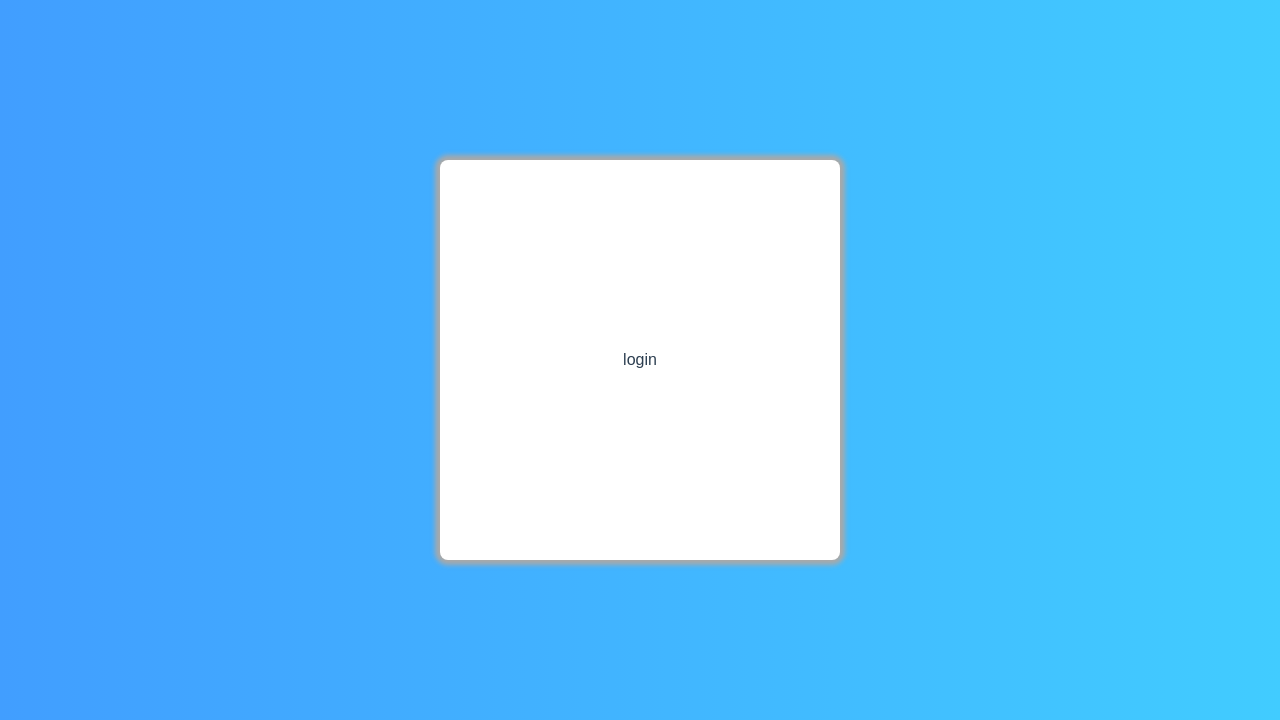
Repository: omsGroup/oms
Page: /#/systemSetting
The author's editor kept a copy of each file at every save. The page is drawn from the files as they stood at one save, then again after the next save.
The browser window is 1280 px wide. The pictures show the whole page.
The project was rebuilt for these pictures with package versions that can differ from the ones it lists, and the page was loaded fresh each time.

Above is the page before, as saved 2018-09-02 20:53:06.

### index.html
<!DOCTYPE html>
<html>
  <head>
    <meta charset="utf-8">
    <meta name="viewport" content="width=device-width,initial-scale=1.0">
    <title>oms</title>
    <script src="//at.alicdn.com/t/font_741279_u6newasw37.js"></script>
  </head>
  <body>
    <div id="app"></div>
    <!-- built files will be auto injected -->
  </body>
</html>

### src/main.js
// The Vue build version to load with the `import` command
// (runtime-only or standalone) has been set in webpack.base.conf with an alias.
import Vue from 'vue'
import App from './App'
import router from './router'
import Vuex from 'vuex'
import store from './vuex/store.js'
import './assets/common.less'
import ElementUI from 'element-ui';
import 'element-ui/lib/theme-chalk/index.css';
import * as filters from  './plugins/filters'
import * as axios from '@/axios'

Vue.prototype.$axios = axios
Object.keys(filters).forEach(key=>{
    Vue.filter(key,filters[key])
});

Vue.use(ElementUI,Vuex);
Vue.config.productionTip = false;

/* eslint-disable no-new */
new Vue({
    el: '#app',
    router,
    store,
    components: {
        App
    },
    template: '<App/>'
})

### src/router/index.js
import Vue from 'vue'
import Router from 'vue-router'
import login from '@/components/login'
import store from '../vuex/store.js'
const recover = r => require.ensure([], () => r(require('@/pages/recover/recover')), 'recover');
const layout = r => require.ensure([], () => r(require('@/components/layout')), 'layout');
const home = r => require.ensure([], () => r(require('@/pages/home/home')), 'home');
const userInfo = r => require.ensure([], () => r(require('@/pages/user/userInfo')), 'userInfo');
const userAudit = r => require.ensure([], () => r(require('@/pages/audit/userAudit')), 'userAudit');
const financeInfo = r => require.ensure([], () => r(require('@/pages/finance/financeInfo')), 'financeInfo');
const systemSetting = r => require.ensure([], () => r(require('@/pages/system/systemSetting')), 'systemSetting');
const authorityManagement = r => require.ensure([], () => r(require('@/pages/system/authorityManagement')), 'authorityManagement');


Vue.use(Router);

const Routers = new Router({
    routes: [{
        path: '/',
        name: 'login',
        component: login
    }, {
        path: '/layout',
        name: 'layout',
        component: layout,
        redirect:'/home',
        children: [{
            path: '/home',
            name: '首页',
            component: home
        }, {
            path:'/userInfo',
            name:'用户信息',
            component:userInfo
        }, {
            path:'/userAudit',
            name:'用户审核',
            component:userAudit
        }, {
            path:'/financeInfo',
            name:'财务信息',
            component:financeInfo
        }, {
            path:'/systemSetting',
            name:'系统设置',
            component:systemSetting
        },{
            path:'/authorityManagement',
            name:'权限管理',
            component:authorityManagement
        }]
    }, {
        path: '/recover',
        name: 'recover',
        component: recover
    }]
})

Routers.beforeEach((to, from, next)=>{
    let tabsData=[]
    if(to.path!=='/'){
        if(!localStorage.getItem('userInfo')){
            next('/')
            return
        }
    }
    if(localStorage.getItem('tabsData')){
        let tabsData=JSON.parse(localStorage.getItem('tabsData'))
        let findRepeat=tabsData.findIndex((value,index,tabsData)=>{
            return value.name===to.name
        })
        if(findRepeat===-1){
            tabsData.push({title:to.name,name:to.name,path:to.path})
            localStorage.setItem('tabsData',JSON.stringify(tabsData))
            store.commit('setTabs')
        }
        localStorage.setItem('currTabs', to.name)
        store.commit('setTabs')
        store.commit('setCurrTabs')
    }else{
        if(to.name!=='login'){
            tabsData.push({title:to.name,name:to.name,path:to.path})
            localStorage.setItem('tabsData', JSON.stringify(tabsData))
            localStorage.setItem('currTabs', tabsData[0].name)
            store.commit('setTabs')
            store.commit('setCurrTabs')
        }
    }
    next();
})

export default Routers

### src/vuex/store.js
import Vue from 'vue'
import Vuex from 'vuex'

Vue.use(Vuex)
const store=new Vuex.Store({
    state:{
        author:'BWW',
        tabsData:'',
        currTabs:''
    },
    mutations:{
    	saveTabs(state,msg){
    		localStorage.setItem('tabsData',JSON.stringify(msg))
    	},
    	setTabs(state){
    		state.tabsData=JSON.parse(localStorage.getItem('tabsData'))
        },
        setCurrTabs(state){
            state.currTabs = localStorage.getItem('currTabs')
        }
    },
})
export default store

### src/assets/common.less
html,body{
    height: 100%;
    width: 100%;
}
body, div, span, header, footer, nav, section, aside, article, ul, dl, dt, dd, li, a, p, h1, h2, h3, h4,h5, h6, i, b, textarea, button, input, select, figure, figcaption {
    padding: 0;
    margin: 0;
    list-style: none;
    font-style: normal;
    text-decoration: none;
    border: none;
    font-family: "Microsoft Yahei",sans-serif;
    -webkit-tap-highlight-color:transparent;
    -webkit-font-smoothing: antialiased;
    &:focus {
        outline: none;
    }
}
.flex-center-center{
    display: flex;
    align-items: center;
    justify-content: center;
}
.el-menu{
    border-right: none !important;
}
.icon {
    width: 1.2em; height: 1.2em;
    vertical-align: -0.15em;
    margin-right:5px;
    fill: currentColor;
    overflow: hidden;
}

### src/plugins/filters.js
export function sex(val){
    return val === 1?'男':'女'
}
export function accountType(val){
    return val === 0 ?'普通用户':val === 1?'管理员':'超级管理员'
}
export function timestampTransform(val){
    let date=new Date(val);
    return date.getFullYear()+'-'+checkTen(date.getMonth()+1)+'-'+checkTen(date.getDate())+' '+checkTen(date.getHours())+':'+checkTen(date.getMinutes())+':'+checkTen(date.getSeconds())
}
function checkTen(val){
    return val<10?'0'+val:val
}

### src/axios/index.js
import axios from 'axios'
import qs from 'qs'

// axios 配置
axios.defaults.timeout = 10000;
axios.defaults.headers.post['Content-Type'] = 'application/json;charset=UTF-8';
axios.defaults.baseURL = `http://${process.env.NODE_ENV}.oms-api.qiuxiaomi.cn`;
// // 或者
// switch(process.env.NODE_ENV) {
//     case 'dev':
//         axios.defaults.baseURL = 'http://dev.api.qiuxiaomi.cn';
//         break;
//     case 'production':
//         axios.defaults.baseURL = 'http://[pro].api.qiuxiaomi.cn';
//         break;
// }
// axios.defaults.baseURL = 'http://production.api.qiuxiaomi.cn/ranking/live_ranking_lis';
let instance = axios.create({
    headers:{

    },
    data:{

    },
    params:{

    }
})
//POST传参序列化
instance.interceptors.request.use((config) => {
    if(config.method  === 'post'){
        config.data = qs.stringify(config.data);
    }
    return config;
},(error) =>{
    return Promise.reject(error);
});

//返回状态判断
instance.interceptors.response.use((res) =>{
    if(res.status === 200){
        if(res.data.errorCode===1){
            return Promise.resolve(res.data)
        }else{
            this.$message.error(res.data.msg)
        }
    }else if(res.status === 500){
        this.$message.error('服务器异常')
    }
    return res;
}, (error) => {
    //404等问题可以在这里处理
    return Promise.reject(error);
});

export function fetch(url, params) {
    return new Promise((resolve, reject) => {
        axios.defaults.headers.post['Content-Type'] = 'application/json;charset=UTF-8';
        instance.post(url, params)
            .then(response => {
                resolve(response.data);
            }, err => {
                reject(err);
            })
            .catch((error) => {
                reject(error)
            })
    })
};
export function postFormat(url,params){
    return new Promise((resolve,reject)=>{
        axios.defaults.headers.post['Content-Type'] = 'application/x-www-form-urlencoded';
        instance.post(url,params)
            .then((response) => {
                resolve(response);
            }).catch((error) => {
                console.log(error,'error')
                reject(error)
            })
    })
};
export function formData(url,param={}){
    return instance.post(url,param,{
        headers: {
            'enctype': 'multipart/form-data',
            'Cache-Control': 'no-store',
            'Pragma': 'no-cache'
        },
        data: param || {},
        transformRequest:[function() {
            let fd = new FormData();
            for (let i in param) {
                if (param.hasOwnProperty(i)) {
                    fd.append(i, param[i]);
                }
            }
            return fd;
        }]
    })
}
export default {
    formData,
    fetch,
    postFormat,
    instance
}

### src/components/login.vue
<template>
    <div id="canvas"
         class="login-pages flex-center-center">
        <div class="login-box flex-center-center">
            <div class="login">login</div>
        </div>
    </div>
</template>
<script>
import echart from 'echarts'
import Vue from 'vue'
import * as THREE from 'three'
import defaultImg from '../assets/images/Generic_Celestia_asteroid_texture.jpg'

export default {
    data() {
        return {
            form: {
                username: "",
                password: "",
            },
        }
    },
    mounted() {

    },
    destory(){
        THREE.Cache.clear()
    },
    methods: {
        submitLogin() {
            localStorage.clear();
            this.$refs.form.validate((valid) => {
                if (valid) {
                    this.$axios.postFormat('/v1/login',this.form).then((res)=>{
                        localStorage.setItem('userInfo',JSON.stringify(res.data))
                        this.$message.success("登录成功");
                        this.$router.replace('/layout');
                    }).catch((error)=>{
                        this.$message.error('登录失败')
                    })
                }
            })
        },
    }
}

</script>
<style lang="less">
    .login-pages {
        width: 100%;
        height: 100%;
        background: linear-gradient(90deg,#419eff,#41ccff);
        .login-box{
            width: 400px;
            height:400px;
            // border:1px solid #999;
            border-radius:8px;
            box-shadow: darkgrey 0px 0px 5px 5px;
            background:#fff;
        }
    }

</style>

Loaded but not shown: src/App.vue (common file)

After the next save:
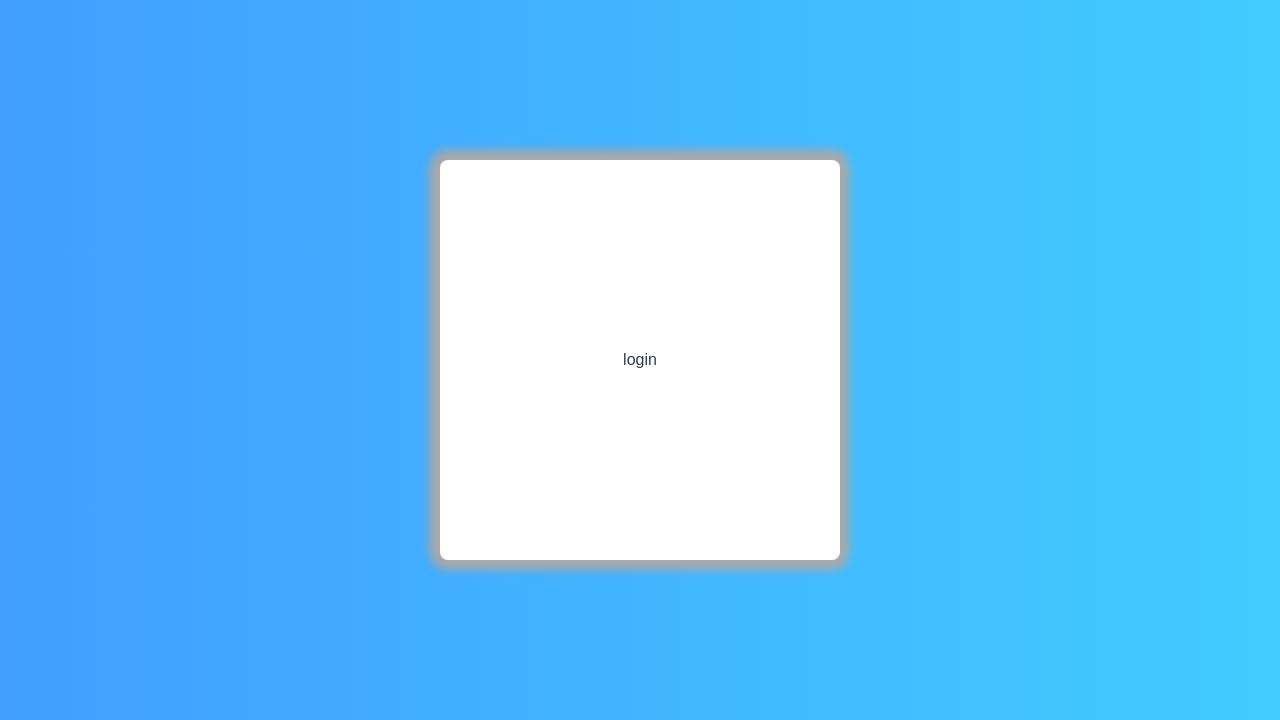
Saved 115 s later.
--- a/src/components/login.vue
+++ b/src/components/login.vue
@@ -56,7 +56,7 @@ export default {
             height:400px;
             // border:1px solid #999;
             border-radius:8px;
-            box-shadow: darkgrey 0px 0px 5px 5px;
+            box-shadow: darkgrey 0px 0px 10px 10px;
             background:#fff;
         }
     }
